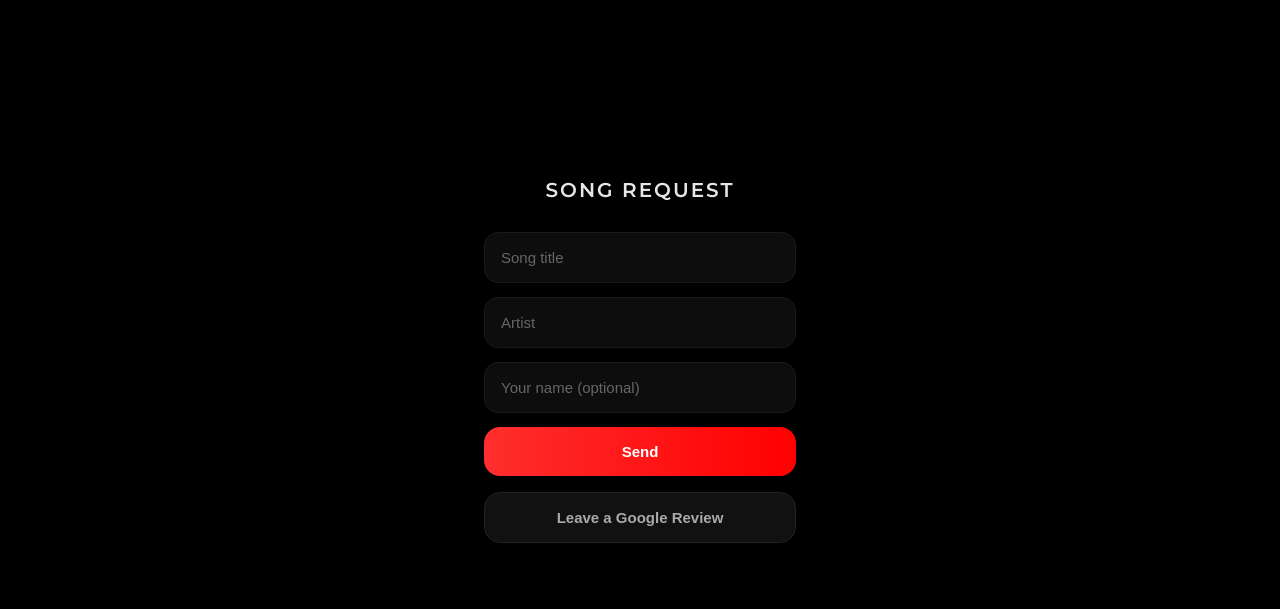
Repository: AryanHeravi/DJ-Request
Page: song_request.html
These files come from the project's save history. The page is drawn as it stood at one moment and after the next save; the edit follows.
The browser window is 1280 px wide. The pictures show the whole page.

Above is the page before, as saved 2026-01-24 15:25:18.
Console error: ReferenceError: emailjs is not defined

### song_request.html
<!DOCTYPE html>
<html lang="en">
<head>
<meta charset="UTF-8">
<meta name="viewport" content="width=device-width, initial-scale=1.0">
<title>Song Request</title>

<link href="https://fonts.googleapis.com/css2?family=Montserrat:wght@400;600&display=swap" rel="stylesheet">
<script src="https://cdn.jsdelivr.net/npm/@emailjs/browser@3/dist/email.min.js"></script>

<style>
*{margin:0;padding:0;box-sizing:border-box}

body{
  font-family:Montserrat,sans-serif;
  background:#000;
  color:#fff;
  min-height:100vh;
  display:flex;
  align-items:center;
  justify-content:center;
}

.wrapper{
  width:100%;
  max-width:360px;
  padding:24px;
  text-align:center;
}

h1{
  font-size:20px;
  font-weight:600;
  letter-spacing:2px;
  opacity:.9;
  margin-bottom:30px;
}

form{
  display:flex;
  flex-direction:column;
  gap:14px;
}

input{
  background:#0d0d0d;
  border:1px solid #1a1a1a;
  border-radius:14px;
  padding:16px;
  color:#fff;
  font-size:15px;
}

input::placeholder{color:#666}

button{
  padding:16px;
  border:none;
  border-radius:16px;
  font-size:15px;
  font-weight:600;
  cursor:pointer;
}

.submit-btn{
  background:linear-gradient(90deg,#ff2e2e,#ff0000);
  color:#fff;
}

.review-btn{
  margin-top:16px;
  background:#111;
  border:1px solid #222;
  color:#aaa;
  width:100%;
}

button:active{transform:scale(.98)}

.thank-you{
  display:none;
  font-size:15px;
  line-height:1.6;
  opacity:.9;
  margin-bottom:14px;
}

.tip-note{
  display:none;
  font-size:13px;
  color:#777;
  margin-bottom:14px;
}
</style>
</head>

<body>
<div class="wrapper">

  <h1>SONG REQUEST</h1>

  <form id="songForm">
    <input name="song" placeholder="Song title" required>
    <input name="artist" placeholder="Artist" required>
    <input name="name" placeholder="Your name (optional)">
    <input type="hidden" name="time" id="timeField">
    <button class="submit-btn" type="submit">Send</button>
  </form>

  <div class="thank-you" id="thankYou">
    Thanks for submitting a song request.<br>
    If approved, it will be played shortly.
  </div>

  <div class="tip-note" id="tipNote">
    Tip jar’s by the DJ booth 🖤
  </div>

  <a href="https://reviewthis.biz/gr989" target="_blank">
    <button class="review-btn">Leave a Google Review</button>
  </a>

</div>

<script>
emailjs.init('6o_OSihC1KZB6rAKo');

const form = document.getElementById('songForm');
const thankYou = document.getElementById('thankYou');
const tipNote = document.getElementById('tipNote');
const timeField = document.getElementById('timeField');

form.addEventListener('submit', e => {
  e.preventDefault();

  timeField.value = new Date().toLocaleTimeString([], {
    hour: '2-digit',
    minute: '2-digit'
  });

  emailjs.sendForm(
    'service_rl9aj5f',
    'template_nrix76r',
    form
  ).then(() => {
    form.style.display = 'none';
    thankYou.style.display = 'block';
    tipNote.style.display = 'block';
  });
});
</script>

</body>
</html>

After the next save:
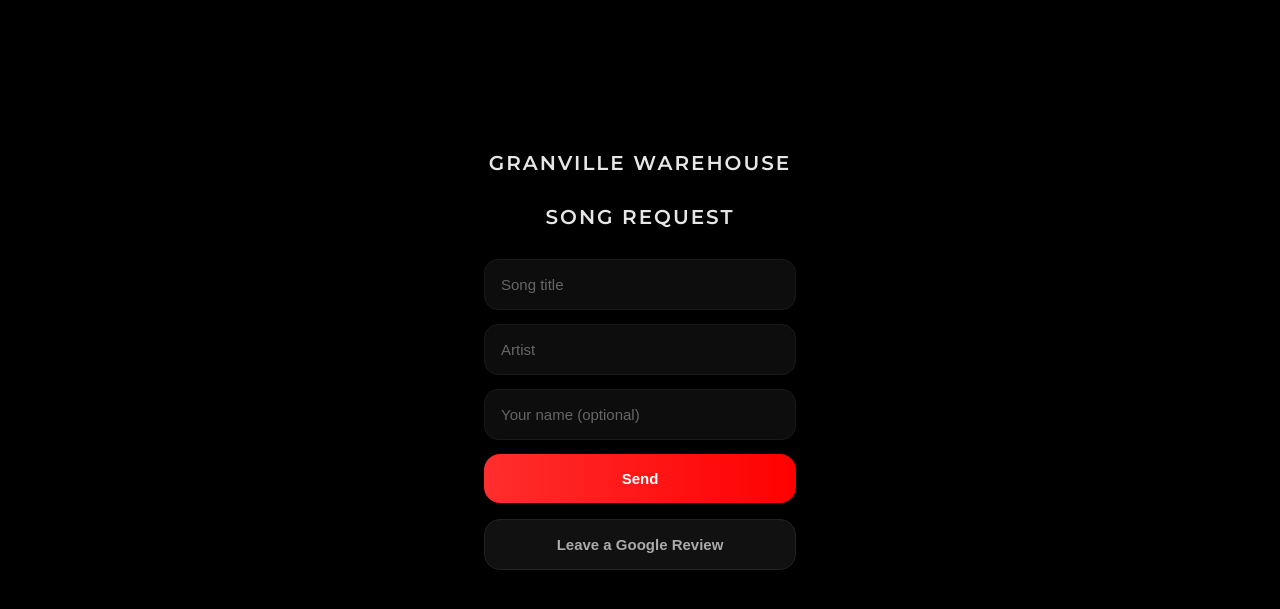
Saved 12 min 38 s later.
--- a/song_request.html
+++ b/song_request.html
@@ -96,9 +96,9 @@ button:active{transform:scale(.98)}
 
 <body>
 <div class="wrapper">
-
+  <h1>GRANVILLE WAREHOUSE</h1>
   <h1>SONG REQUEST</h1>
-
+  <h1></h1>
   <form id="songForm">
     <input name="song" placeholder="Song title" required>
     <input name="artist" placeholder="Artist" required>
